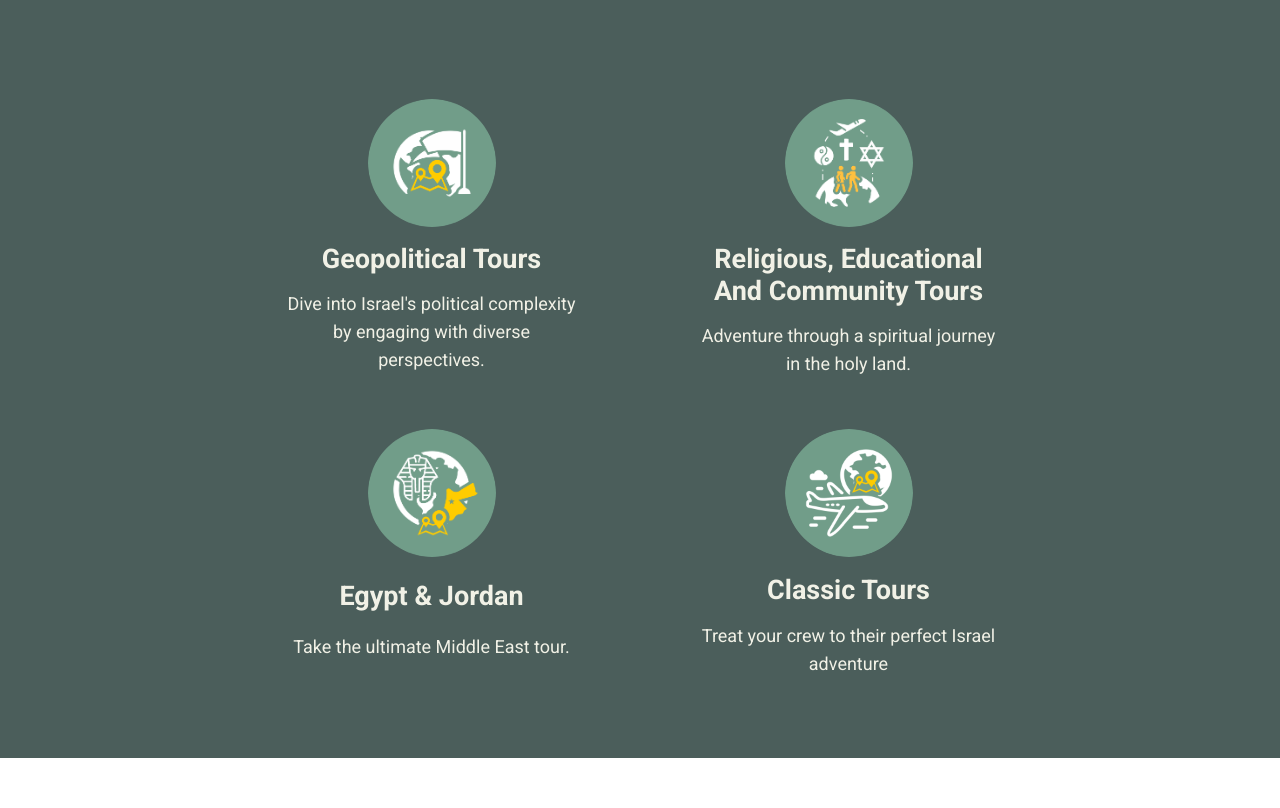
Repository: Pafestivo/realIsraelTours
Page: / (app in frontend/)
The author's editor kept a copy of each file at every save. The page is drawn from the files as they stood at one save, then again after the next save.
The browser window is 1280 px wide. The pictures show the part of the page from y = 1136 to 2088 px (the page is 1944 px tall before and 2088 px after).
The project was rebuilt for these pictures with package versions that can differ from the ones it lists, and the page was loaded fresh each time. The framework's server and built-in components were replaced by stand-ins that run in the browser. Also part of the build but not shown: frontend/next.config.js. Imported but missing from the stored project, and not drawn on this page: frontend/src/assets/videoBG.mp4.

Above is the page before, as saved 2023-09-20 16:04:42.

### frontend/src/app/layout.tsx
import type { Metadata } from "next";
import "@/styles/globals.css";
import { roboto } from "@/app/fonts";
import { config } from "@fortawesome/fontawesome-svg-core";
import "@fortawesome/fontawesome-svg-core/styles.css";
config.autoAddCss = false; // Tell Font Awesome to skip adding the CSS automatically since it's being imported above

export const metadata: Metadata = {
  title: "Real Israel Tours",
  description: "Plan your next tour",
};

export default function RootLayout({
  children,
}: {
  children: React.ReactNode;
}) {
  return (
    <html lang="en">
      <body className={roboto.className}>
        <div style={{ overflowX: "hidden" }}>{children}</div>
      </body>
    </html>
  );
}

### frontend/src/app/page.tsx
import Header from "@/components/Header";
import "@/styles/homePage.css";
import BackgroundVideo from "@/components/BackgroundVideo";
import ScrollArrow from "@/components/ScrollArrow";
import TripCard from "@/components/TripCard";
import geoPoliticalIcon from "@/assets/Geopolitical-icon.png";
import religious from "@/assets/Religious-and-educational.png";
import egpyt from "@/assets/Egypt-and-Jordan.png";
import classicTours from "@/assets/classic-tours.png";
import Destinations from "@/components/Destinations";

export default function Home() {
  return (
    <div>
      <Header />
      <div className="cta-div">
        <div className="content">
          <h1>Custom made Israeli adventures</h1>
          <button>Start Your Journey</button>
          <ScrollArrow />
        </div>
        <BackgroundVideo />
      </div>
      <div className="pageContainer">
        <section className="whyTravelWithUs">
          <h1>Why Travel With Real Israel Tours?</h1>
          <p className="info-block">
            We craft experiences that speak to our participants. We are
            long-time hands-on professionals who thoroughly get to know our
            clients and dedicate ourselves optimizing each moment to
            specifically match its participants.
          </p>
          <p className="info-block">
            After 8 years, we have a vast and high-quality network of trusted
            connections with every type of activity, site, and speaker the
            country can offer, waiting to be meticulously chosen and built into
            another cohesive journey.
          </p>
          <p className="info-block">
            Our staff is also passionate about the inspirational potential of
            Israel experiences and prides themselves on their ability to create
            profound impact, every time. They are invested, from each logistical
            detail running smoothly to fostering your group’s overall sense of
            community.
          </p>
          <p className="info-block">
            Whatever your precise interests, we guarantee trips that explore
            Israel deep beneath the surface, to the Real Israel, the one that
            empowers us to think, feel, enjoy, and connect.
          </p>
        </section>

        <section className="tripTypes">
          <TripCard
            image={geoPoliticalIcon}
            tripName="Geopolitical Tours"
            tripDescription="Dive into Israel's political complexity by engaging with diverse perspectives."
          />

          <TripCard
            image={religious}
            tripName="Religious, Educational And Community Tours"
            tripDescription="Adventure through a spiritual journey in the holy land."
          />

          <TripCard
            image={egpyt}
            tripName="Egypt & Jordan"
            tripDescription="Take the ultimate Middle East tour."
          />

          <TripCard
            image={classicTours}
            tripName="Classic Tours"
            tripDescription="Treat your crew to their perfect Israel adventure"
          />
        </section>

        <section className="destinations">
          <Destinations />
        </section>
      </div>
    </div>
  );
}

### frontend/src/styles/globals.css
:root {
  --main-bg-color: #4b5e5b;
  --main-title-color: #F1F1E6;
  --main-text-color: #F1F1E6;
  --accent-orange: #ffc03f;
}

* {
  padding: 0;
  margin: 0;
  box-sizing: border-box;
}

body {
  font-size: 18px;
  background-color: var(--main-bg-color);
  overflow-x: hidden;
}

p {
  line-height: 28px;
}

a {
  color: inherit;
  text-decoration: none;
}

section {
  margin: 30px 0;
  padding: 20px 120px;
  border: none;
}

.mobile-only {
  display: none;
}

.desktop-only {
  display: block;
}

@media screen and (max-width: 768px) {
  section {
    padding: 20px 10px;
  }

  .mobile-only {
    display: block;
  }

  .desktop-only {
    display: none;
  }
}

### frontend/src/app/fonts.tsx
import { Inter, Merriweather, Roboto } from "next/font/google";

export const inter = Inter({ subsets: ["latin"] });

export const merriweather = Merriweather({
  weight: ["400", "700"],
  style: ["normal", "italic"],
  subsets: ["latin"],
  display: "swap",
});

export const roboto = Roboto({
  weight: ["400", "700"],
  style: ["normal", "italic"],
  subsets: ["latin"],
  display: "swap",
});

// export const Mooli = Mooli({
//   weight: ["400", "700"],
//   style: ["normal", "italic"],
//   subsets: ["latin"],
//   display: "swap",
// });

### frontend/src/components/Header.tsx
"use client";
import React, { useEffect, useState } from "react";
import Image from "next/image";
import logo from "@/assets/logo.png";
import "@/styles/header.css";
import Link from "next/link";

const Header = () => {
  const [isMenuOpen, setMenuOpen] = useState(false);
  const [isScrolled, setIsScrolled] = useState(false);

  const toggleMenu = () => {
    setMenuOpen(!isMenuOpen);
  };

  useEffect(() => {
    const handleScroll = () => {
      setIsScrolled(window.scrollY > 100);
    };

    window.addEventListener("scroll", handleScroll);

    return () => {
      window.removeEventListener("scroll", handleScroll);
    };
  }, []);

  return (
    <div className={`header ${isScrolled ? "" : "transparent"}`}>
      <Link href="/">
        <Image className="headerLogo" src={logo} alt="logo" />
      </Link>
      <div className={`navbar ${isMenuOpen ? "open" : ""}`}>
        <button onClick={toggleMenu} className="close-button">
          ✕
        </button>{" "}
        <Link href="/">Home</Link>
        <Link href="/">Tours</Link>
        <Link href="/">Gallery</Link>
        <Link href="/">About Us</Link>
        <Link href="/">Contact Us</Link>
        <hr className="mobile-only" />
        <p className="mobile-only">+972 52 335 5687</p>
        <p className="mobile-only">Elad@realisraeltours.com</p>
        <button className="inquire mobile-only">Inquire Now</button>
      </div>
      <button onClick={toggleMenu} className="hamburger">
        ☰
      </button>
      <button className="inquire desktop-only">Inquire Now</button>
    </div>
  );
};

export default Header;

### frontend/src/styles/homePage.css
.pageContainer {
  display: flex;
  flex-direction: column;
  justify-content: center;
  margin: 0 auto;
  padding: 0;
  max-width: 1450px;
  text-align: center;
  color: var(--main-text-color);
}

.cta-div {
  height: 100vh;
  width: 100vw;
  display: flex;
  background-size: cover;
  background-position: center;
  background-repeat: no-repeat;
  justify-content: center;
  align-items: center;
}

.content {
  position: absolute;
  display: flex;
  flex-direction: column;
  justify-content: center;
  align-items: center;
  padding: 40px 0;
  width: 100vw;
  height: 100vh;
  background-color: rgba(0, 0, 0, 0.3);
  row-gap: 40px;
  overflow-x: hidden;
  text-align: center;
}
.content h1 {
  font-size: 5em;
}

.content button {
  font-size: 1.4em;
  padding: 14px 40px;
  border-radius: 5px;
}

.content .arrow-down {
  position: absolute;
  color: var(--accent-orange);
  font-size: 3em;
  bottom: 20px;
}

h1 {
  color: var(--main-title-color);
}

.whyTravelWithUs {
  display: flex;
  flex-direction: column;
  row-gap: 20px;
}

.tripTypes {
  display: grid;
  grid-template-columns: 1fr 1fr;
  width: 80%;
  align-self: center;
  row-gap: 80px;
  column-gap: 50px;
  justify-content: center;
  align-items: center;
  place-items: center;
}

.destinations {
  background-color: white;
  width: 100vw;
  display: flex;
  flex-direction: column;
  row-gap: 20px;
  justify-self: center;
  margin-bottom: 0;
  padding-top: 30px;
  color: #4b5e5b;
}

.destinations h1 {
  color: black;
}

@media screen and (max-width: 768px) {
  .content h1 {
    font-size: 3em;
  }

  .content .arrow-down {
    font-size: 1.3em;
  }

  .tripTypes {
    grid-template-columns: 1fr;
  }

  .destinations {
    padding: 50px 20px;
  }
}

@media screen and (min-width: 1440px) {
  .tripTypes {
    width: 130%;
    grid-template-columns: 1fr 1fr 1fr 1fr;
    overflow-x: visible;
  }
}

### frontend/src/components/BackgroundVideo.tsx
import videoBG from "@/assets/videoBG.mp4";
import "@/styles/backgroundVideo.css";

export default function BackgroundVideo() {
  return (
    <video autoPlay muted loop>
      <source className="background-video" src={videoBG} type="video/mp4" />
    </video>
  );
}

### frontend/src/components/ScrollArrow.tsx
"use client";
import React, { useState, useEffect } from "react";
import { FontAwesomeIcon } from "@fortawesome/react-fontawesome";
import { faArrowDown } from "@fortawesome/free-solid-svg-icons";

const ScrollArrow = () => {
  const [showArrow, setShowArrow] = useState(true); // State to control arrow visibility

  useEffect(() => {
    // Function to handle scroll event
    const handleScroll = () => {
      if (window.scrollY > 0 && showArrow) {
        setShowArrow(false); // Hide the arrow if the user starts scrolling
      }
    };

    // Attach the scroll event listener
    window.addEventListener("scroll", handleScroll);

    // Cleanup: remove the event listener when the component unmounts
    return () => {
      window.removeEventListener("scroll", handleScroll);
    };
  }, [showArrow]); // Re-run the effect if showArrow changes

  return showArrow ? (
    <FontAwesomeIcon className="arrow-down" icon={faArrowDown} bounce />
  ) : null;
};

export default ScrollArrow;

### frontend/src/components/TripCard.tsx
import Image, { StaticImageData } from "next/image";
import React from "react";
import "@/styles/tripCard.css";

interface tripCardProps {
  image: StaticImageData;
  tripName: string;
  tripDescription: string;
}

const TripCard = ({ image, tripName, tripDescription }: tripCardProps) => {
  return (
    <div className="tripCard">
      <Image className="tripIcon" src={image} alt="tripIcon" />
      <h2>{tripName}</h2>
      <p>{tripDescription}</p>
    </div>
  );
};

export default TripCard;

### frontend/src/components/Destinations.tsx
import React from "react";

const Destinations = () => {
  return <div></div>;
};

export default Destinations;

### frontend/src/styles/header.css
.header {
  position: absolute;
  width: 100vw;
  display: flex;
  justify-content: space-between;
  align-items: center;
  background-color: rgba(0, 0, 0, 0.3);
  transition: background-color 0.3s ease;
  padding: 20px 40px;
  z-index: 1000;
}

.header.transparent {
  background-color: rgba(0, 0, 0, 0.3);
}

.headerLogo {
  width: 200px;
  height: auto;
}

.navbar {
  display: flex;
  font-size: 1.1em;
  justify-content: space-around;
  align-items: center;
  column-gap: 20px;
  color: white;
}

button {
  background-color: var(--accent-orange);
  border: none;
  font-size: 1.15em;
  padding: 10px 20px;
  cursor: pointer;
  border-radius: 5px;
}

.hamburger {
  display: none;
}

.close-button {
  font-size: 1.5em;  /* Increase size for tap-ability */
  background: none;
  border: none;
  color: white;  /* Make it the same color as the text for harmony */
  cursor: pointer;
  position: absolute;  /* Absolute position within the navbar */
  top: 15px;  /* Position from the top */
  right: 15px;  /* Position from the right */
  padding: 5px;  /* A little padding to make it more tap-able */
  z-index: 10;  /* Just in case, to make it appear above all other items */
}

@media screen and (min-width: 769px) {
  .close-button {
    display: none;
  }
}

@media screen and (max-width: 768px) {
  .navbar {
    position: fixed;
    right: -120%;
    top: 0;
    bottom: 0;
    width: 100vw;
    font-size: 1.3em;
    flex-direction: column;
    background-color: rgba(255, 192, 63, 0.9);
    color: black;
    transition: right 0.3s ease-in-out;
    justify-content: flex-start;
    align-items: center;
    row-gap: 20px;
    padding: 110px 0; /* Reduced right/left padding */
    font-size: 1.4em; /* Increased font size for better readability */
    background-color: #333;  /* Darker background */
    color: white; /* Keep text color white for contrast */
    row-gap: 30px; /* Increased gap between rows for breathing space */
  }

  /* Adding a hover effect to indicate interactivity */
  .navbar a:hover,
  .navbar button:hover {
    color: var(--accent-orange); /* Add your own accent color */
  }

  .navbar.open {
    right: 0;
  }

  .hamburger {
    display: block;
  }
}

/* Media query for very large screens */
@media screen and (min-width: 1440px) {
  .navbar {
    font-size: 1.5em;
  }

  button {
    font-size: 1.5em;
  }
}

### frontend/src/styles/backgroundVideo.css
video {
  width: 100%;
  height: 100%;
  object-fit: cover;
}

### frontend/src/styles/tripCard.css
.tripCard {
  display: grid;
  grid-template-rows: 2fr 1fr 1fr;
  flex-direction: column;
  justify-content: center;
  align-items: center;
  place-items: center;
  row-gap: 15px;
  max-width: 300px;
  height: 250px;
  cursor: pointer;
  transition: all 0.2s ease-in-out;
}

.tripIcon {
  width: 130px;
  height: 130px;
  border-radius: 50%;
  border: 1px solid transparent;
}

.tripCard:hover {
  transform: scale(1.1)
}

.tripCard p {
  align-self: flex-start;
}

.tripCard:hover h2,
.tripCard:hover p {
  text-shadow: 2px 2px 4px #000000;
}

.tripCard:hover .tripIcon {
  border: 1px solid black;
}

After the next save:
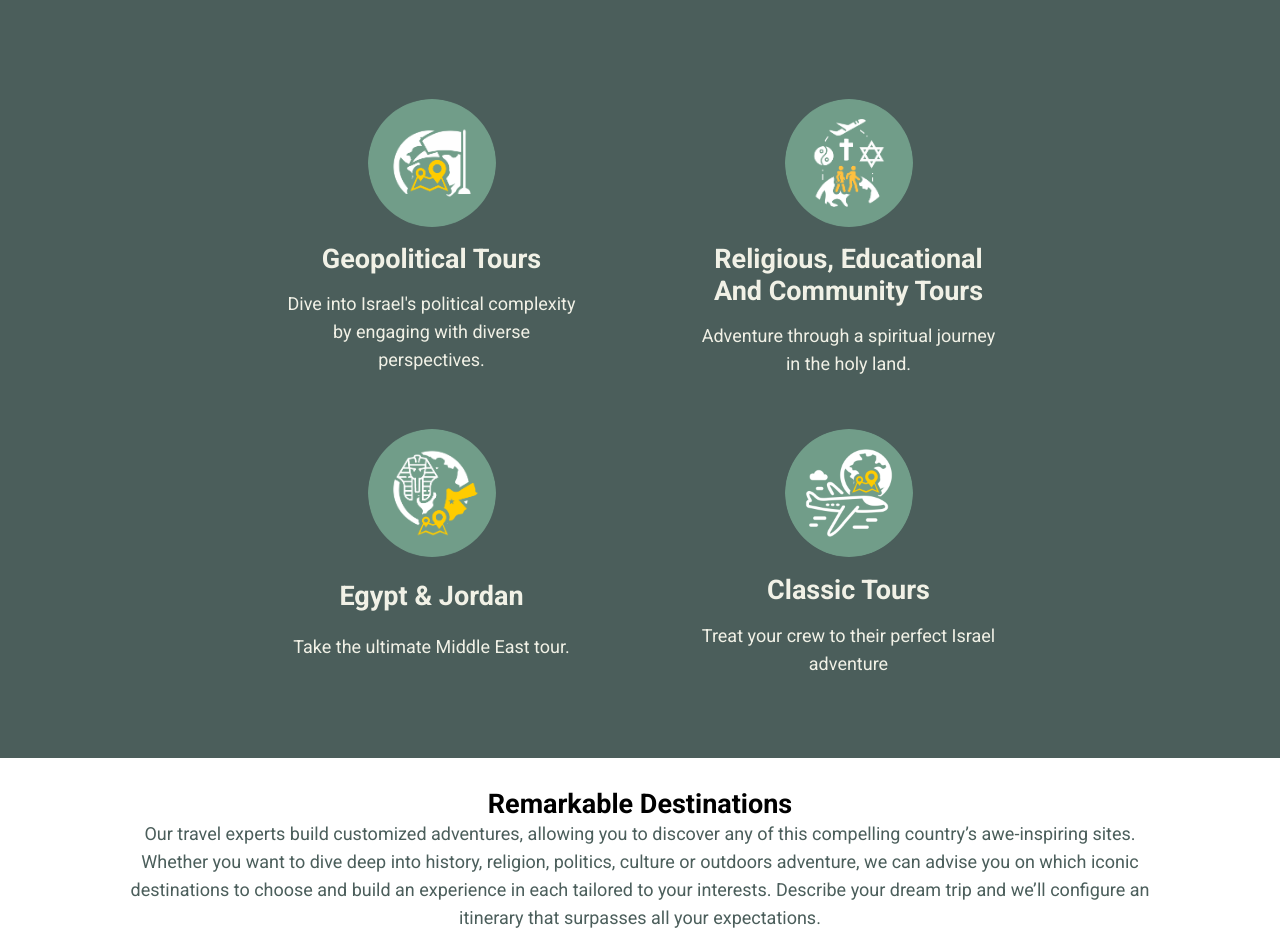
Saved 33 s later.
--- a/frontend/src/components/Destinations.tsx
+++ b/frontend/src/components/Destinations.tsx
@@ -1,7 +1,20 @@
 import React from "react";
 
 const Destinations = () => {
-  return <div></div>;
+  return (
+    <div>
+      <h1>Remarkable Destinations</h1>
+      <p>
+        Our travel experts build customized adventures, allowing you to discover
+        any of this compelling country’s awe-inspiring sites. Whether you want
+        to dive deep into history, religion, politics, culture or outdoors
+        adventure, we can advise you on which iconic destinations to choose and
+        build an experience in each tailored to your interests. Describe your
+        dream trip and we’ll configure an itinerary that surpasses all your
+        expectations.
+      </p>
+    </div>
+  );
 };
 
 export default Destinations;
